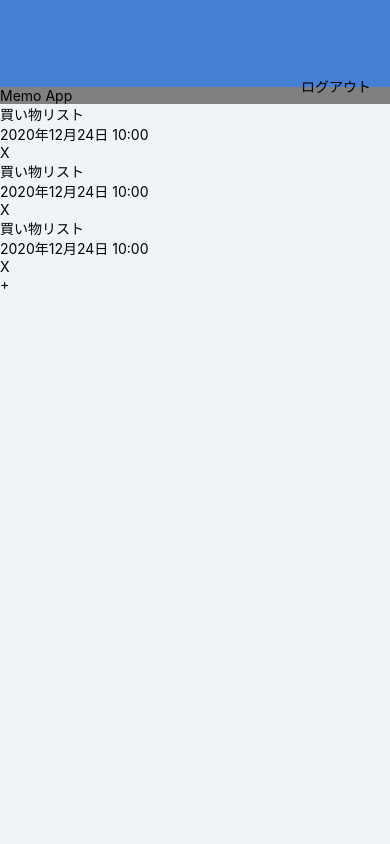
Repository: hirano-step/MemoApp
Screen: /
The author's editor kept a copy of each file at every save. The screen is drawn from the files as they stood at one save, then again after the next save.
The app was drawn by React Native's web renderer in a window 390 px wide. The project was rebuilt for these pictures with package versions that can differ from the ones it lists, and the page was loaded fresh each time.

Above is the screen before, as saved 2023-01-12 11:07:45.

After the next save:
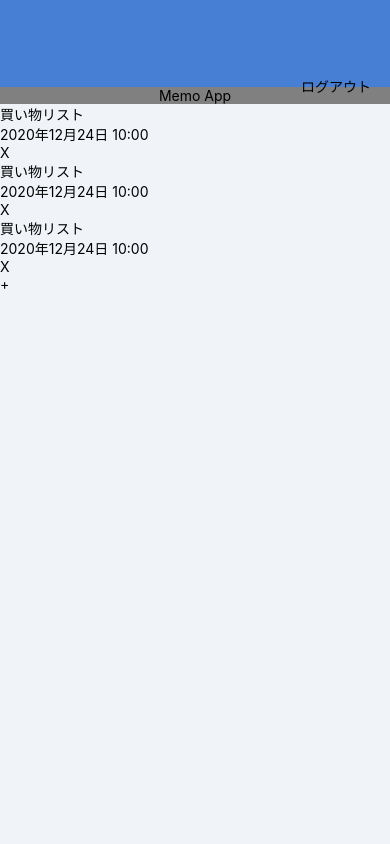
Saved 24 s later.
--- a/App.jsx
+++ b/App.jsx
@@ -63,6 +63,7 @@ const styles = StyleSheet.create({
   },
   appbarInner: {
     backgroundColor: 'gray',
+    alignItems: 'center',
   },
   appbarRight: {
     position: 'absolute',
